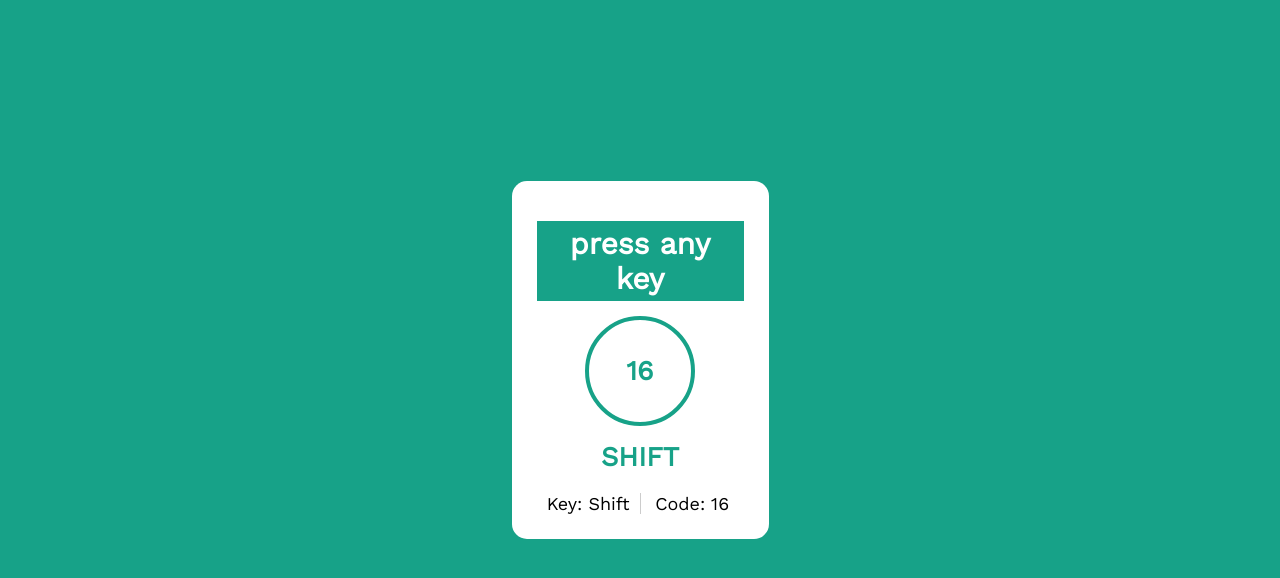
Repository: youssef168/Key-Detection
Page: index.htm
The author's editor kept a copy of each file at every save. The page is drawn from the files as they stood at one save, then again after the next save.
The browser window is 1280 px wide. The pictures show the whole page.

Above is the page before, as saved 2021-12-17 13:23:36.

### index.htm
<!DOCTYPE html>
<html lang="en">
<head>
    <meta charset="UTF-8">
    <meta http-equiv="X-UA-Compatible" content="IE=edge">
    <meta name="viewport" content="width=device-width, initial-scale=1.0">
    <link rel="stylesheet" href="./style.css">
    <title>Key Detection</title>
</head>
<body>
    <div class="box">
        <p class="text">press any key</p>
        <div class="content">
            <div class="key-code">16</div>
            <div class="key-name">shift</div>
            <div class="details">
                <p class="key">Key: <span>Shift</span></p>
                <p class="code">Code: <span>16</span></p>
            </div>
        </div>
    </div>

    <script src="./script.js"></script>
</body>
</html>

### style.css
@import url("https://fonts.googleapis.com/css2?family=Work+Sans:ital,wght@0,300;0,400;1,400;1,500&display=swap");

* {
  font-family: "Work Sans", sans-serif;
  box-sizing: border-box;
  padding: 0;
  margin: 0;
}

ul li {
  list-style: none;
}

body {
    display: flex;
    justify-content: center;
    align-items: center;
    min-height: 100vh;
    margin: auto;
    background-color: #17A288;
}

.box {
    background: #fff;
    padding: 25px;
    width: 257px;
    border-radius: 15px;
}

.content, .key-code, .details {
    display: flex;
    align-items: center;
    justify-content: center;
}

.box .content {
    flex-direction: column;
}
.key-code {
    border: 4px solid #17A288;
    border-radius: 50%;
    width: 110px;
    height: 110px;
    font-size: 27px;
}

.text ,.key-code, .key-name {
    font-size: 27px;
    font-weight:bold;
    color: #17A288;
    margin-top: 15px;
}

.text {
    text-align: center;
    font-size: 30px;
    background-color: #17A288;
    color: #fff;
    padding: 5px;
}

.key-name {
    text-transform: uppercase;
}

.details {
    width: 100%;
    justify-content: space-between;
    margin-top: 20px;
}

.details p {
    font-size: 18px;
    width: 100%;
    text-align: center;
}

.details p:last-child {
    border-left: 1px solid #ccc;
}

Loaded but not shown: script.js (no stored copy; drawn as an empty file)

After the next save:
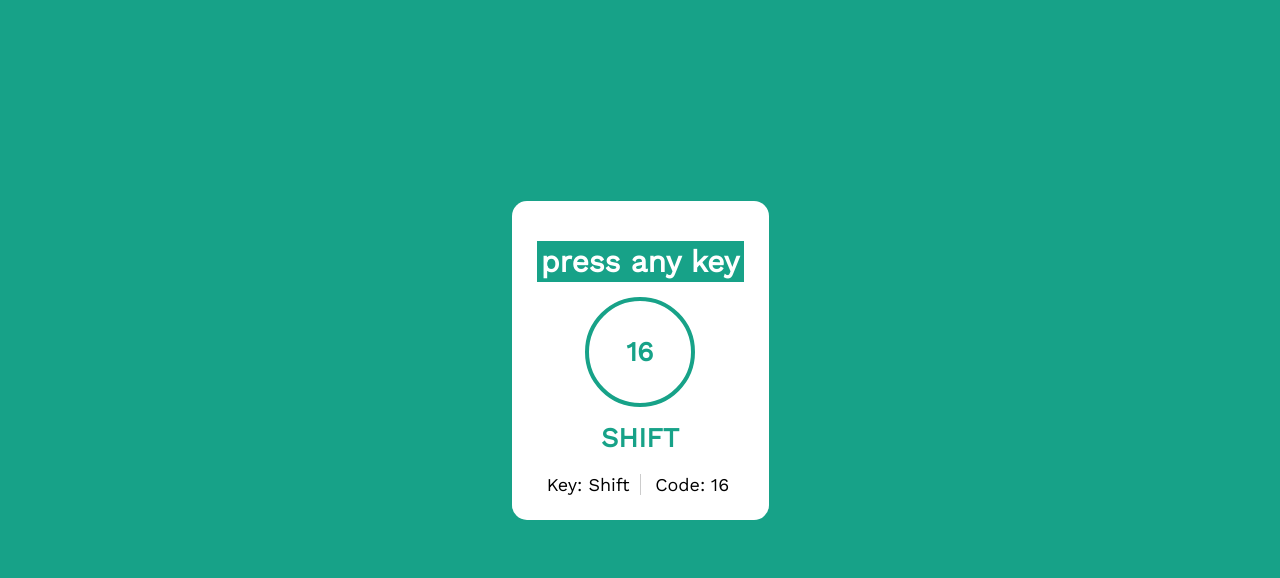
Saved 5 s later.
--- a/style.css
+++ b/style.css
@@ -56,7 +56,7 @@ body {
     font-size: 30px;
     background-color: #17A288;
     color: #fff;
-    padding: 5px;
+    padding: 3px;
 }
 
 .key-name {
